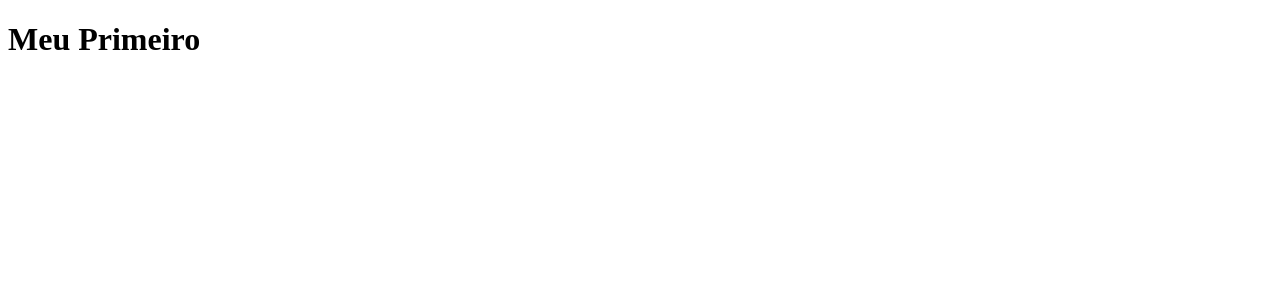
Repository: DorivalJunior14/Projeto-social
Page: ex025.html/form001.html
The author's editor kept a copy of each file at every save. The page is drawn from the files as they stood at one save, then again after the next save.
The browser window is 1280 px wide. The pictures show the whole page.

Above is the page before, as saved 2022-07-06 17:50:34.

After the next save:
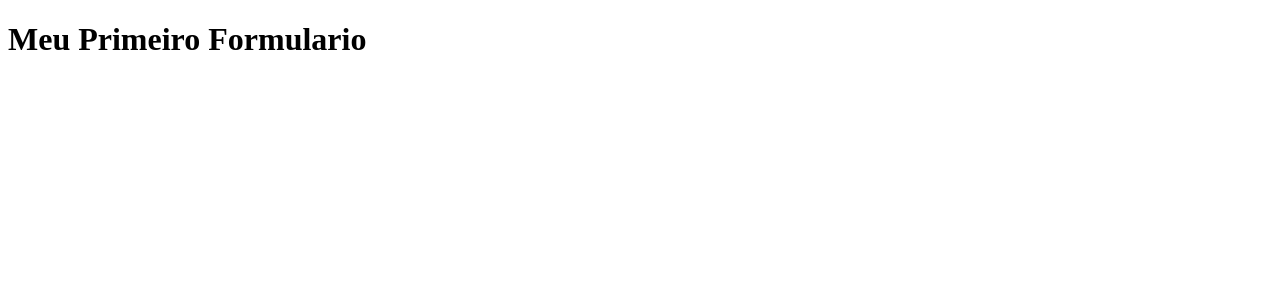
Saved 6 s later.
--- a/ex025.html/form001.html
+++ b/ex025.html/form001.html
@@ -8,7 +8,7 @@
 
 </head>
 <body>
-    <h1>Meu Primeiro </h1>
+    <h1>Meu Primeiro Formulario</h1>
 
 </body>
 </html>
